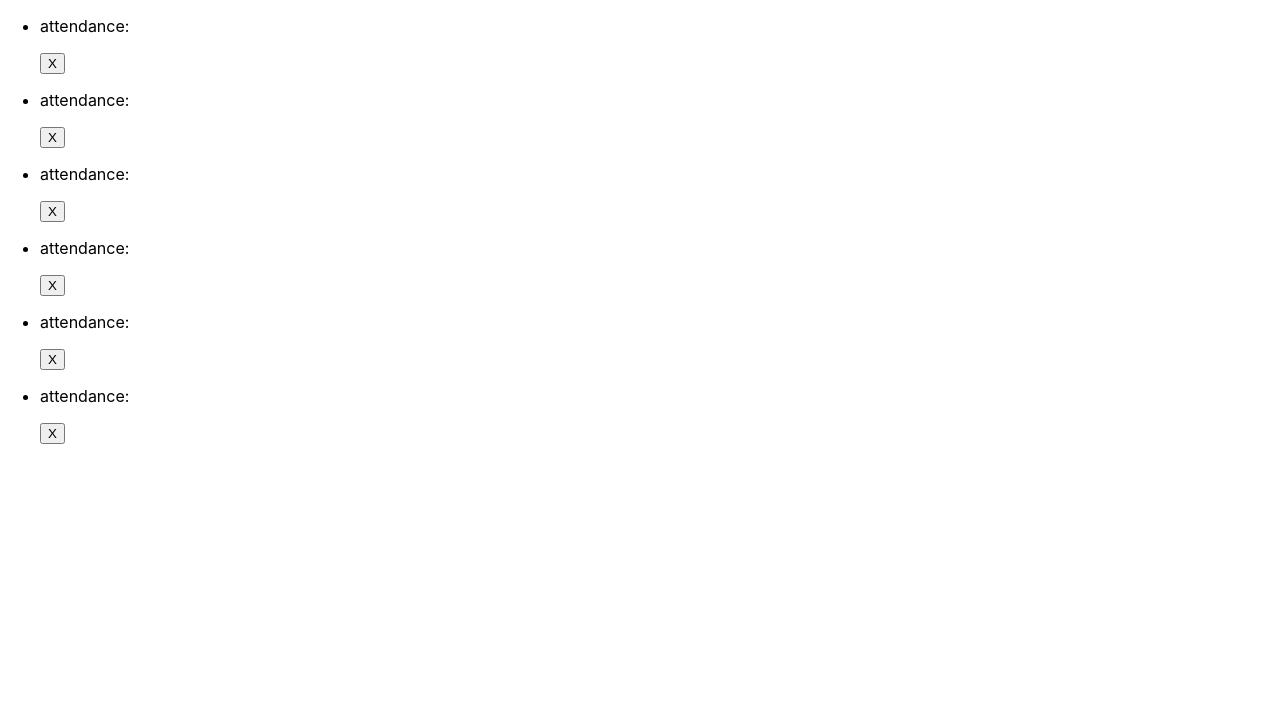
Repository: Dani9090/template-react
Page: /
The author's editor kept a copy of each file at every save. The page is drawn from the files as they stood at one save, then again after a run of saves.
The browser window is 1280 px wide. The pictures show the whole page.
The project was rebuilt for these pictures with package versions that can differ from the ones it lists, and the page was loaded fresh each time.

Above is the page before, as saved 2021-03-03 15:44:34.

### src/index.js
import React from 'react';
import ReactDOM from 'react-dom';
import 'index.css';
import Root from 'views/Root';

ReactDOM.render(
  <React.StrictMode>
    <Root />
  </React.StrictMode>,
  document.getElementById('root')
);

### src/views/Root.js
import React from 'react';
import PropTypes from 'prop-types';
import UserList from 'components/UsersList/UsersList';

const Root = () => (
  <>
    <UserList />
  </>
);
Root.propTypes = {};

export default Root;

### src/components/UsersList/UsersList.js
import React from 'react';
import PropTypes from 'prop-types';
import { users } from 'data/users';
import UserListItem from 'components/UserListItem/UserListItem';

const UserList = () => (
  <div>
    <ul>
      {users.map((UserData) => (
        <UserListItem UserData={UserData} />
      ))}
    </ul>
  </div>
);

UserList.propTypes = {};

export default UserList;

### src/data/users.js
export const users = [
  {
    name: 'Adam Romański',
    attendance: '39%',
    average: '2.3',
  },
  {
    name: 'Krzysztof Batko',
    attendance: '23%',
    average: '3.3',
  },
  {
    name: 'Patrycja Gonciarz',
    attendance: '45%',
    average: '4.3',
  },
  {
    name: 'Olga Hahn',
    attendance: '56%',
    average: '4.1',
  },
  {
    name: 'Paweł Andrzejewski',
    attendance: '29%',
    average: '2.4',
  },
  {
    name: 'Paweł Roman',
    average: '2.4',
  },
];

### src/components/UserListItem/UserListItem.js
import React from 'react';
import PropTypes from 'prop-types';

const UserListItem = ({ average, name, attendance }) => (
  <li>
    <div>{average}</div>
    <div>
      <p>{name}</p>
      <p>attendance: {attendance}</p>
    </div>
    <button>X</button>
  </li>
);

UserListItem.propTypes = {};

export default UserListItem;

Loaded but not shown: public/index.html (common file); src/index.css (common file)

After the next 3 saves:
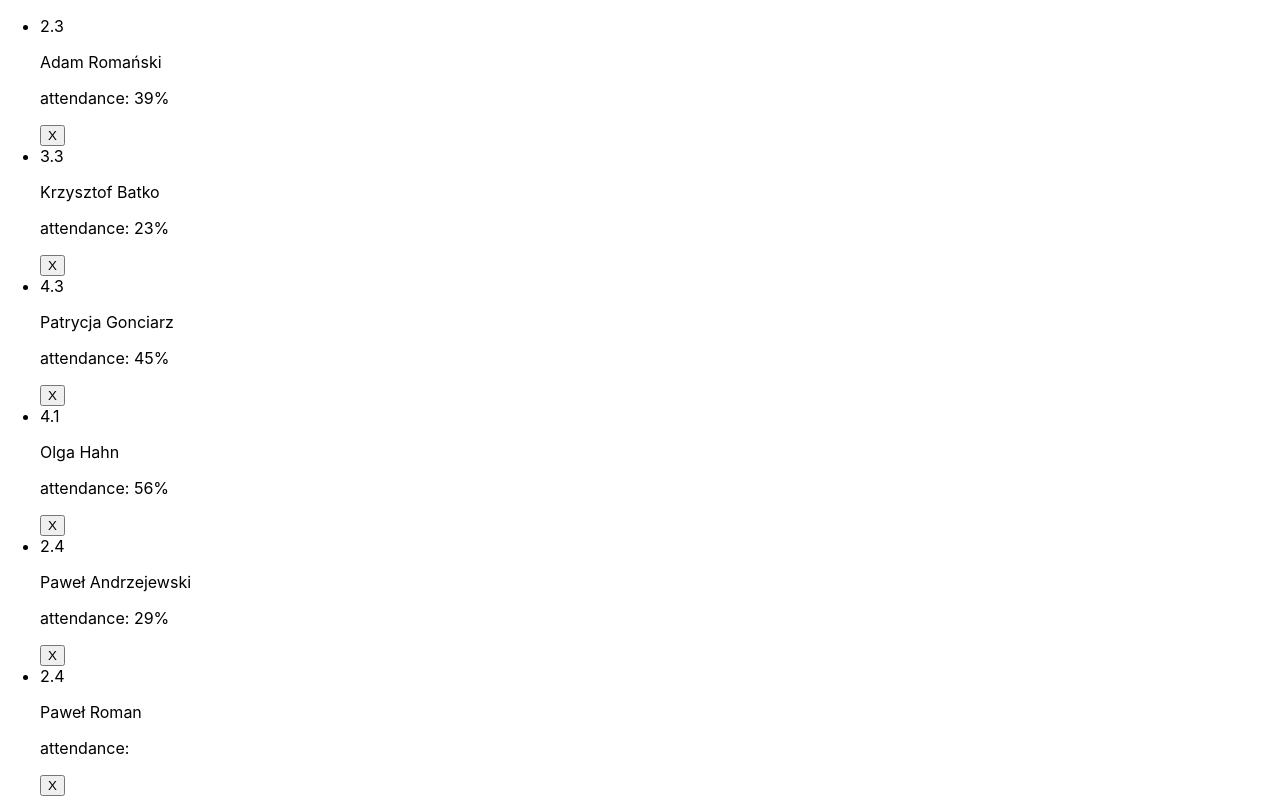
The 3 saves are shown as one change because 1 did not build or start and some came seconds apart.
The last was saved 48 s later.
--- a/src/components/UserListItem/UserListItem.js
+++ b/src/components/UserListItem/UserListItem.js
@@ -1,7 +1,7 @@
 import React from 'react';
 import PropTypes from 'prop-types';
 
-const UserListItem = ({ average, name, attendance }) => (
+const UserListItem = ({ UserData: { average, name, attendance } }) => (
   <li>
     <div>{average}</div>
     <div>
